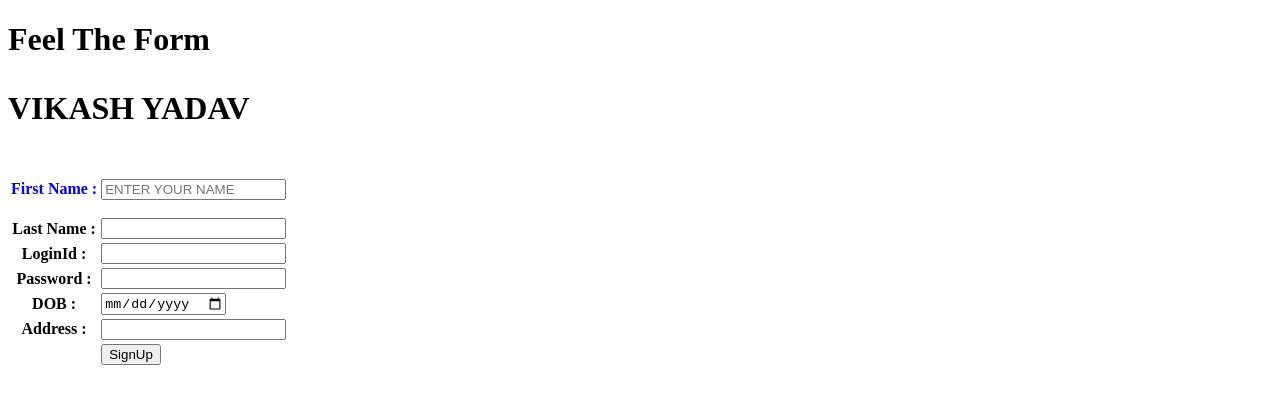
Repository: vikash9562/AdvanceJava
Page: http://localhost/DynamicProject/UserRegistration.jsp
An editor plug-in stored every save of this project. The page is shown before and after the next save, followed by the edit.
The browser window is 1280 px wide. The pictures show the whole page.
The page is served by Tomcat 9.

Above is the page before, as saved 2023-08-17 08:35:27.

After the next save:
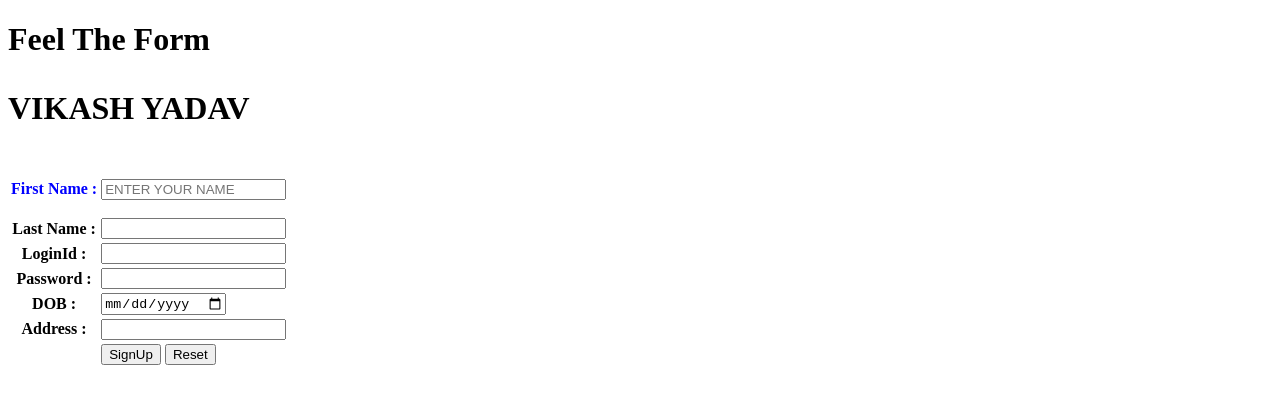
Saved 115 s later.
--- a/advance java/DynamicProject/WebContent/UserRegistration.jsp
+++ b/advance java/DynamicProject/WebContent/UserRegistration.jsp
@@ -14,11 +14,13 @@
 		<table>
 				<tr>
 					<%
-					if (msg != null) {
+						if (msg != null) {
 				%>
+
 				<%=msg%>
+
 				<%
-					}
+						}
 				%>
 					</tr>
 				<h1>
@@ -52,7 +54,9 @@
 			</tr>
 			<tr>
 				<th></th>
-				<td><input type="submit" value="SignUp"></td>
+				<td><input type="submit" name="opertion" value="SignUp">
+				<input type="submit" name="opertion" value="Reset"></td>
+
 			</tr>
 		</table>
 	</form>
